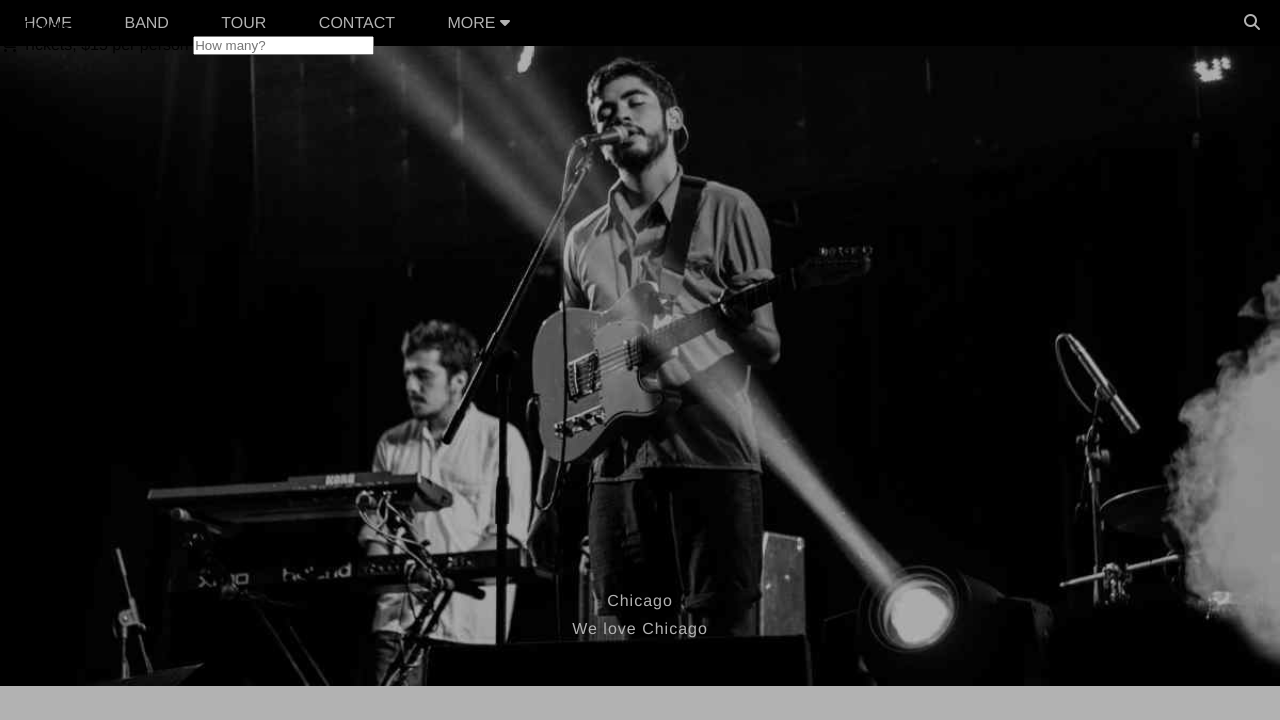
Repository: NguyenMinhChau/Theband
Page: index.html
These files come from the project's save history. The page is drawn as it stood at one moment and after the next save; the edit follows.
The browser window is 1280 px wide. The pictures show the window.
A layer covers the whole window, so only the first screen is drawn. Some web libraries are served in a nearby version.

Above is the page before, as saved 2021-10-23 12:40:52.

After the next save:
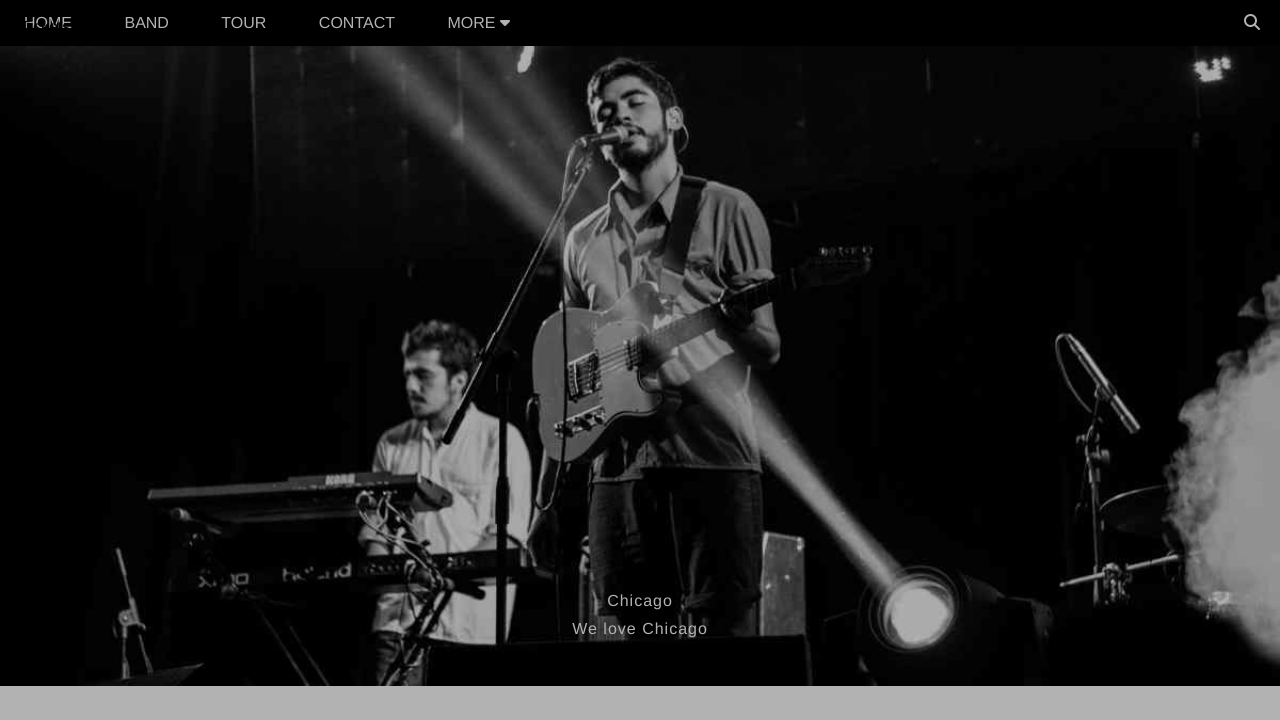
Saved 14 s later.
--- a/index.html
+++ b/index.html
@@ -132,11 +132,7 @@
             </header>
 
             <div class="modal-body">
-                <label for="" class="modal-label">
-                    <i class="fas fa-shopping-cart"></i>
-                    Tickets, $15 per person
-                </label>
-                <input type="text" class="modal-input" placeholder="How many?">
+
             </div>
         </div>
     </div>

After the save that followed:
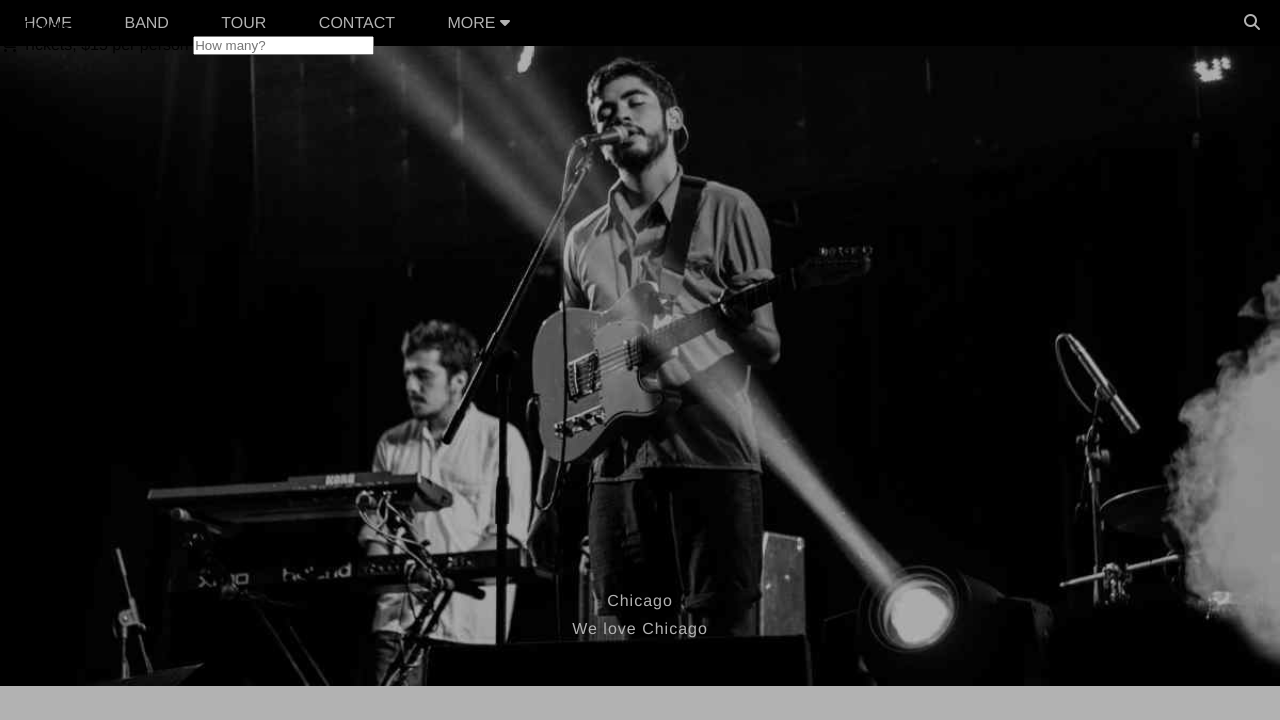
Saved 6 s later.
--- a/index.html
+++ b/index.html
@@ -132,7 +132,13 @@
             </header>
 
             <div class="modal-body">
-
+                <div class="form-group">
+                    <label for="" class="modal-label">
+                        <i class="fas fa-shopping-cart"></i>
+                        Tickets, $15 per person
+                    </label>
+                    <input type="text" class="modal-input" placeholder="How many?">
+                </div>
             </div>
         </div>
     </div>
